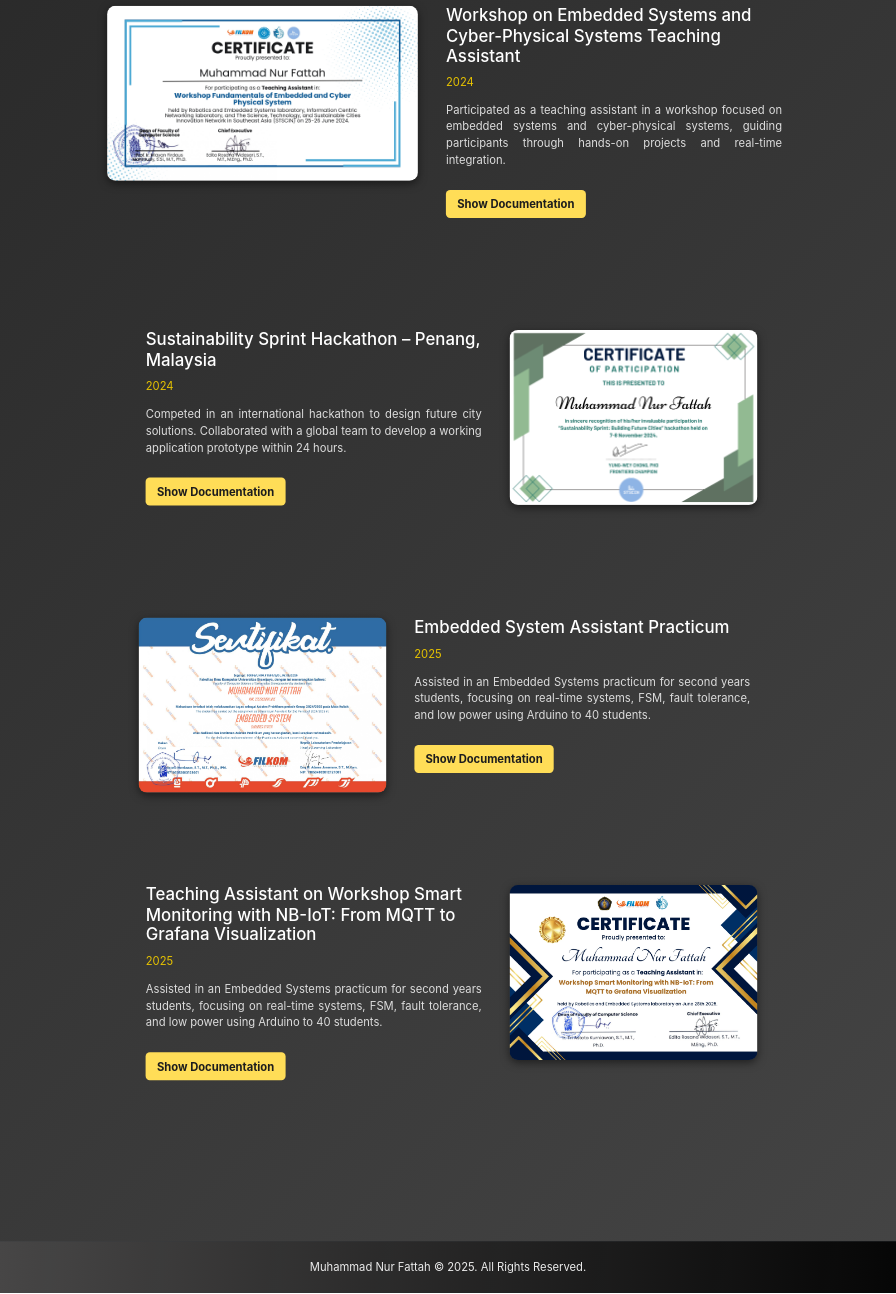
Repository: nurFattahh/Web-Portofolio
Page: /experience
An editor plug-in stored every save of this project. The page is shown before and after the next save, followed by the edit.
The browser window is 1280 px wide. The pictures show the part of the page from y = 1835 to 3755 px (the page is 3683 px tall before and 3755 px after), at 70% of full size.
The project was rebuilt for these pictures with package versions that can differ from the ones it lists, and the page was loaded fresh each time. Also part of the build but not shown: vite.config.js, src/components/Home/Home.css, src/components/Home/Home.jsx, src/components/About/About.css, src/components/About/Skillset.css, src/components/About/About.jsx, src/components/Project/Project.css, src/data/Projects.js and 3 more.

Above is the page before, as saved 2025-12-22 14:57:00.

### index.html
<!DOCTYPE html>
<html lang="en">
  <head>
    <meta charset="UTF-8" />
    <meta name="viewport" content="width=device-width, initial-scale=1.0" />
    <link rel="icon" href="/logo2.png" type="image/x-icon">
    <title>My Portfolio</title>

    <link href="https://stackpath.bootstrapcdn.com/bootstrap/4.5.2/css/bootstrap.min.css" rel="stylesheet" />
    <link rel="stylesheet" href="https://cdnjs.cloudflare.com/ajax/libs/font-awesome/6.0.0-beta3/css/all.min.css" />

  </head>
  <body>
    <div id="root"></div>
    <script type="module" src="/src/main.jsx"></script>
    <script src="https://code.jquery.com/jquery-3.5.1.slim.min.js"></script>
    <script src="https://cdn.jsdelivr.net/npm/@popperjs/core@2.9.2/dist/umd/popper.min.js"></script>
    <script src="https://stackpath.bootstrapcdn.com/bootstrap/4.5.2/js/bootstrap.min.js"></script>
    <link href="https://stackpath.bootstrapcdn.com/bootstrap/4.5.2/css/bootstrap.min.css" rel="stylesheet" />
  </body>
</html>

### src/main.jsx
import React from 'react';
import ReactDOM from 'react-dom/client';
import App from './App';
import './assets/styles/style.css';

ReactDOM.createRoot(document.getElementById('root')).render(
  <React.StrictMode>
    <App />
  </React.StrictMode>
);

### src/App.jsx
import React from "react";
import { BrowserRouter as Router, Routes, Route, useLocation } from "react-router-dom";
import { AnimatePresence } from "framer-motion";

import Navbar from "./components/Navbar/Navbar";
import Footer from "./components/Footer/Footer";

import Home from "./components/Home/Home";
import About from "./components/About/About";
import Project from "./components/Project/Project";
import Organization from "./components/Organization/Organization";
import Experience from "./components/Experience/Experience";
import ProjectDetail from "./components/Project/ProjectDetails";

import MotionWrapper from "./components/Animations/MotionWrapper";

const AnimatedRoutes = () => {
  const location = useLocation();

  return (
    <AnimatePresence mode="wait">
      <Routes location={location} key={location.pathname}>
        <Route path="/" element={<MotionWrapper><Home /></MotionWrapper>} />
        <Route path="/about" element={<MotionWrapper><About /></MotionWrapper>} />
        <Route path="/experience" element={<MotionWrapper><Experience /></MotionWrapper>} />
        <Route path="/projects" element={<MotionWrapper><Project /></MotionWrapper>} />
        <Route path="/organization" element={<MotionWrapper><Organization /></MotionWrapper>} />
        <Route path="/projects/:id" element={<MotionWrapper><ProjectDetail /></MotionWrapper>} />
      </Routes>
    </AnimatePresence>
  );
};

const App = () => (
  <Router>
    <Navbar />
    <AnimatedRoutes />
    <Footer />
  </Router>
);

export default App;

### src/assets/styles/style.css
#root {
    background: linear-gradient(135deg, #1c1c1c, #444444);
}

body {
    font-family: 'Arial', sans-serif;
    margin: 0;
    padding: 0;

}

html {
    scroll-padding-top: 2rem; /* Gantikan 80px dengan tinggi navbar Anda */
    scroll-behavior: smooth;
}

### src/components/Navbar/Navbar.jsx
import React, { useEffect, useRef } from "react";
import { Link } from "react-router-dom";
import "./Navbar.css";

const Navbar = () => {
  const navbarRef = useRef(null);

  useEffect(() => {
    const links = document.querySelectorAll(".navbar-collapse .nav-link");
    const navbar = navbarRef.current;

    links.forEach((link) => {
      link.addEventListener("click", () => {
        if (navbar && navbar.classList.contains("show")) {
          new window.bootstrap.Collapse(navbar).hide(); // collapse on mobile
        }
      });
    });

    return () => {
      links.forEach((link) => {
        link.removeEventListener("click", () => {});
      });
    };
  }, []);

  return (
    <nav className="navbar navbar-expand-lg navbar-dark bg-dark sticky-top">
      <Link className="navbar-brand" to="/">
        My Portfolio
      </Link>
      <button
        className="navbar-toggler"
        type="button"
        data-toggle="collapse"
        data-target="#navbarNav"
        aria-controls="navbarNav"
        aria-expanded="false"
        aria-label="Toggle navigation"
      >
        <span className="navbar-toggler-icon"></span>
      </button>
      <div
        className="collapse navbar-collapse"
        id="navbarNav"
        ref={navbarRef}
      >
        <ul className="navbar-nav ml-auto">
          <li className="nav-item">
            <Link className="nav-link" to="/">Home</Link>
          </li>
          <li className="nav-item">
            <Link className="nav-link" to="/about">About</Link>
          </li>
          <li className="nav-item">
            <Link className="nav-link" to="/experience">Experience</Link>
          </li>
          <li className="nav-item">
            <Link className="nav-link" to="/projects">Project</Link>
          </li>
        </ul>
      </div>
    </nav>
  );
};

export default Navbar;

### src/components/Footer/Footer.jsx
import React from 'react';
import './Footer.css';

const Footer = () => (
  <footer className="footer-section bg-dark text-white py-4">
    <div className="container text-center">
      <p> Muhammad Nur Fattah &copy; 2025. All Rights Reserved.</p>
    </div>
  </footer>
);

export default Footer;

### src/components/Experience/Experience.jsx
import React, { useState } from "react";
import certifications from "../../data/Experience";
import "./Experience.css";

const Experience = () => {
  const [activeDocId, setActiveDocId] = useState(null);
  const [modalImg, setModalImg] = useState(null);

  const toggleDocs = (id) => {
    setActiveDocId(activeDocId === id ? null : id);
  };

  const openModal = (img) => setModalImg(img);
  const closeModal = () => setModalImg(null);

  return (
    <section id="experience" className="experience-section">
      <div className="experience-container">
        <h2 className="experience-title"> <span className="certifications-text">Certifications</span> & Achievements</h2>
        {certifications.map((cert, index) => (
          <div
            key={cert.id}
            className={`experience-row ${index % 2 === 0 ? "row-left" : "row-right"}`}
          >
            <div className="experience-img">
              <img src={cert.image} alt={cert.title} />
            </div>
            <div className="experience-content">
              <h3>{cert.title}</h3>
              <p className="experience-date">{cert.date}</p>
              <p>{cert.description}</p>

              {cert.docs && cert.docs.length > 0 && (
                <>
                  <button onClick={() => toggleDocs(cert.id)} className="doc-button">
                    {activeDocId === cert.id ? "Hide Documentation" : "Show Documentation"}
                  </button>
                  <div
                    className="doc-gallery-wrapper"
                    style={{ minHeight: "80px" }} // Prevents layout shift
                  >
                    {activeDocId === cert.id && (
                      <div className="doc-gallery">
                        {cert.docs.map((img, i) => (
                          <img
                            key={i}
                            src={img}
                            alt={`doc-${i}`}
                            className="doc-img"
                            onClick={() => openModal(img)}
                          />
                        ))}
                      </div>
                    )}
                  </div>
                </>
              )}
            </div>
          </div>
        ))}
      </div>

      {modalImg && (
        <div className="image-modal" onClick={closeModal}>
          <div className="modal-content-img" onClick={(e) => e.stopPropagation()}>
            <img src={modalImg} alt="Preview" />
            <button className="close-modal" onClick={closeModal}>×</button>
          </div>
        </div>
      )}
    </section>
  );
};

export default Experience;

### src/components/Animations/MotionWrapper.jsx
// src/components/Animations/MotionWrapper.jsx
import React from "react";
import { motion } from "framer-motion";

const MotionWrapper = ({ children }) => {
  return (
    <motion.div
      initial={{ opacity: 0, y: 20 }}
      animate={{ opacity: 1, y: 0 }}
      exit={{ opacity: 0, y: -20 }}
      transition={{ duration: 0.5 }}
    >
      {children}
    </motion.div>
  );
};

export default MotionWrapper;

### src/components/Navbar/Navbar.css
.navbar {
    z-index: 1000;
}

.navbar .navbar-brand {
    margin-left: 170px;
}

.navbar-nav {
    margin-right: 170px;
}

.navbar {
    background: linear-gradient(135deg, #444444, #1c1c1c);
    opacity: 0.9;
    padding: 1rem 2rem;
    box-shadow: 0 4px 6px rgba(0, 0, 0, 0.1);
    transition: all 0.3s ease-in-out;
}

.navbar a {
    color: rgb(0, 0, 0);
    font-weight: bold;
    text-transform: uppercase;
    padding: 0.5rem 1rem;
    transition: color 0.3s ease;
}

.navbar a:hover {
    color: #ffdd57;
    text-shadow: 0px 0px 10px rgba(255, 255, 255, 0.7);
}

.navbar-nav .nav-link {
    position: relative;
    padding: 0.5rem 1rem;
    transition: color 0.3s ease-in-out;
}

.navbar-nav .nav-link:before {
    content: '';
    position: absolute;
    width: 100%;
    height: 2px;
    bottom: 0;
    left: 0;
    background-color: #ffdd57;
    visibility: hidden;
    transform: scaleX(0);
    transition: all 0.3s ease-in-out;
}

.navbar-nav .nav-link:hover:before {
    visibility: visible;
    transform: scaleX(1);
}


/* Efek Hover untuk Gambar Carousel */
@media (max-width: 1200px) {
    .navbar .navbar-brand {
        margin-left: 0;
    }

    .navbar-nav {
        margin-right: 0;
    }
}

### src/components/Footer/Footer.css
/* Footer Styles */
.footer-section {
  background: linear-gradient(90deg, rgb(73, 72, 72) 0%, rgb(0, 0, 0) 100%);
  opacity: 0.9;
    padding: 1rem 2rem;
    box-shadow: 0 4px 6px rgba(0, 0, 0, 0.1);
    transition: all 0.3s ease-in-out;        /* Teks di tengah */
  }

  .footer-section a {
    color: #ffc107;             /* Warna kuning untuk tautan */
    text-decoration: none;      /* Hilangkan garis bawah pada tautan */
  }

  .footer-section a:hover {
    text-decoration: underline; /* Menambahkan garis bawah saat hover */
  }

  .footer-section .container {
    max-width: 960px;            /* Lebar maksimum untuk konten footer */
    margin: 0 auto;              /* Centang konten */
  }

  .footer-section p {
    margin: 1px 0;              /* Margin antar paragraf */
  }

  .footer-section .text-white {
    color: #fff;                /* Memastikan teks tetap putih */
  }

### src/components/About/Skillset.jsx
import React from "react";
import "./Skillset.css";
import { FaCuttlefish, FaMicrochip, FaNetworkWired, FaPython, FaRobot, FaServer, FaDatabase, FaGithub } from "react-icons/fa";
import { SiPostgresql,SiTerraform , SiAnsible  } from "react-icons/si";
import { FaGolang } from "react-icons/fa6";

const skills = [
  { name: "C++", icon: <FaCuttlefish className="skill-icon" /> },
  { name: "Embedded System", icon: <FaMicrochip className="skill-icon" /> },
  { name: "MQTT", icon: <FaNetworkWired className="skill-icon" /> },
  { name: "Python", icon: <FaPython className="skill-icon" /> },
  { name: "AI / ML", icon: <FaRobot className="skill-icon" /> },
  { name: "Go", icon: <FaGolang className="skill-icon" /> },
  { name: "Backend", icon: <FaServer className="skill-icon" /> },
  { name: "PostgreSQL", icon: <SiPostgresql className="skill-icon" /> },
  { name: "GitHub", icon: <FaGithub className="skill-icon" /> },
  { name: "Terraform", icon: <SiTerraform className="skill-icon" /> },
  { name: "Ansible", icon: <SiAnsible className="skill-icon" /> },
];

const Skillset = () => {
  return (
    <div className="skillset-section">
      <h3 className="skillset-title">Professional Skillset</h3>
      <div className="skillset-grid">
        {skills.map((skill, index) => (
          <div className="skill-box" key={index}>
            {skill.icon}
            <span>{skill.name}</span>
          </div>
        ))}
      </div>
    </div>
  );
};

export default Skillset;

### src/data/Experience.js
import { certs, docs } from "./ImageImport.js";

const certifications = [
  {
    id: 1,
    image: certs.cert1,
    title: "Basic Programming Assistant Practicum",
    description:
      "Served as a teaching assistant for the Basic Programming Practicum, guiding a class of 40 students in C++ fundamentals, including syntax, control structures, and basic algorithms.",
    date: "2023",
    docs: ["Experiences/Docs/docs11.jpg"]
  },
  {
    id: 2,
    image: certs.cert2,
    title: "Digital System Assistant Practicum",
    description:
      "Assisted in teaching digital system fundamentals to 40 students, covering logic gates, flip-flops, multiplexers, arithmetic circuits, and circuit simulation using Multisim.",
    date: "2023",
    docs: ["Experiences/Docs/docs11.jpg"]
  },
  {
    id: 3,
    image: certs.cert3,
    title: "Data Structure and Algorithm Assistant Practicum",
    description:
      "Helped deliver practical sessions on data structures and algorithms, including stacks, queues, linked lists, and trees, to a class of 40 students.",
    date: "2024",
    docs: [docs.docs1, docs.docs2,]
  },
  {
    id: 4,
    image: certs.cert4,
    title: "Microprocessor and Microcontroller Assistant Practicum",
    description:
      "Assisted in microcontroller and microprocessor practicals, teaching I/O operations, timers, interrupts, and communication protocols to 40 students.",
    date: "2024",
    docs: [docs.docs3, docs.docs4]
  },
  {
    id: 5,
    image: certs.cert5,
    title:
      "Workshop on Embedded Systems and Cyber-Physical Systems Teaching Assistant",
    description:
      "Participated as a teaching assistant in a workshop focused on embedded systems and cyber-physical systems, guiding participants through hands-on projects and real-time integration.",
    date: "2024",
    docs: [docs.docs5]
  },
  {
    id: 6,
    image: certs.cert6,
    title: "Sustainability Sprint Hackathon – Penang, Malaysia",
    description:
      "Competed in an international hackathon to design future city solutions. Collaborated with a global team to develop a working application prototype within 24 hours.",
    date: "2024",
    docs: [docs.docs6, docs.docs7]
  },
  {
    id: 7,
    image: certs.cert7,
    title: "Embedded System Assistant Practicum",
    description:
      "Assisted in an Embedded Systems practicum for second years students, focusing on real-time systems, FSM, fault tolerance, and low power using Arduino to 40 students.",
    date: "2025",
    docs: [docs.docs8, docs.docs9]
  },
  {
    id: 8,
    image: certs.cert8,
    title: "Teaching Assistant on Workshop Smart Monitoring with NB-IoT: From MQTT to Grafana Visualization",
    description:
      "Assisted in an Embedded Systems practicum for second years students, focusing on real-time systems, FSM, fault tolerance, and low power using Arduino to 40 students.",
    date: "2025",
    docs: [docs.docs10, docs.docs11]
  }
];

export default certifications;

### src/components/Experience/Experience.css
.experience-section {
  padding: 70px 20px;
  background: linear-gradient(135deg, #1c1c1c, #444444);
  color: #fff;
}

.experience-container {
  max-width: 1200px;
  margin: 0 auto;
  padding: 0 15px; /* Biar aman dari overflow kiri-kanan */
  box-sizing: border-box;
  animation: fadeIn 1.5s ease-in-out;
}

.certifications-text {
  color: white;
}

.experience-title {
  text-align: center;
  font-size: 36px;
  margin-bottom: 60px;
  color: #ffdd57;
  text-shadow: 0 3px 10px rgba(0, 0, 0, 0.4);
  font-family:'Franklin Gothic Medium', 'Arial Narrow', Arial, sans-serif;
}

/* Grid-like layout */
.experience-row {
  display: flex;
  flex-wrap: wrap;
  align-items: flex-start;
  justify-content: center;
  margin-bottom: 60px;
  gap: 30px;
}

.experience-img img {
  width: auto;
  border-radius: 12px;
  box-shadow: 0 4px 12px rgba(0, 0, 0, 0.5);
  height: 250px;
  object-fit: cover;
}

.experience-content {
  flex: 1;
  min-width: 280px;
  max-width: 500px;
  padding: 0 10px;
}

.experience-content h3 {
  font-size: 24px;
  margin-bottom: 10px;
}

.experience-content p {
  font-size: 16px;
  color: #ddd;
  text-align: justify;
}

/* Alternate layout */
.row-left .experience-img {
  order: 1;
}
.row-left .experience-content {
  order: 2;
}
.row-right .experience-img {
  order: 2;
}
.row-right .experience-content {
  order: 1;
}

/* Button */
.doc-button {
  margin-top: 15px;
  padding: 8px 16px;
  background-color: #ffdd57;
  color: #1d1d1d;
  border: none;
  border-radius: 6px;
  font-weight: bold;
  cursor: pointer;
  transition: background 0.3s;
}
.doc-button:hover {
  background-color: #e6c200;
}

/* Documentation Gallery */
.doc-gallery-wrapper {
  margin-top: 20px;
  padding: 10px 0;
}

.doc-gallery {
  margin-top: 15px;
  display: flex;
  flex-wrap: wrap;
  justify-content: flex-start;
  gap: 10px;
}

.doc-img {
  width: 120px;
  height: auto;
  border-radius: 8px;
  box-shadow: 0 2px 6px rgba(0, 0, 0, 0.3);
  cursor: pointer;
  transition: transform 0.3s ease;
}
.doc-img:hover {
  transform: scale(1.05);
}

p.experience-date {
  color: #e6c200;
}

/* Modal Image Preview */
.image-modal {
  position: fixed;
  top: 0;
  left: 0;
  width: 100vw;
  height: 100vh;
  background: rgba(0, 0, 0, 0.8);
  display: flex;
  justify-content: center;
  align-items: center;
  z-index: 9999;
  padding: 20px;
  box-sizing: border-box;
}

.modal-content-img {
  position: relative;
  max-width: 100%;
  max-height: 90vh;
}

.modal-content-img img {
  width: 800px;
  height: auto;
  border-radius: 8px;
  box-shadow: 0 4px 10px rgba(0, 0, 0, 0.6);
}

.close-modal {
  position: absolute;
  top: -10px;
  right: -10px;
  font-size: 28px;
  background: #fff;
  border: none;
  border-radius: 50%;
  cursor: pointer;
  padding: 4px 10px;
  box-shadow: 0 2px 6px rgba(0, 0, 0, 0.5);
}

/* Responsive */
@media (max-width: 768px) {
  .experience-row {
    flex-direction: column;
    text-align: center;
  }

  .experience-img {
    order: 1 !important;
  }

  .experience-img img {
    width: 100%;
    height: auto;

    margin: 0 auto;
    display: block;
  }

  .experience-content {
    padding: 0 10px;
  }

  p.experience-date {
    font-size: 14px;
    margin-bottom: 10px;
    text-align: center;
    color: #e6c200;
  }

  .experience-content {
    order: 2 !important;
    max-width: 100%;
  }

  .doc-gallery {
    justify-content: center;
  }

  .doc-img {
    width: 100px;
  }

  .modal-content-img img {
    width: 90vw;
  }
}

### src/components/Project/ProjectDetails.css
.project-detail-section {
    padding: 80px 20px;
    background: linear-gradient(135deg, #1a1a1a, #2b2b2b);
    color: #f1f1f1;
    font-family: 'Segoe UI', sans-serif;
  }

  .project-detail-container {
    max-width: 1000px;
    margin: 0 auto;
    padding: 30px;
    background-color: #2f2f2f;
    border-radius: 12px;
    box-shadow: 0 4px 12px rgba(0,0,0,0.5);
  }

  .project-detail-title {
    font-size: 36px;
    color: #ffdd57;
    margin-bottom: 10px;
    text-align: center;
  }

  .project-detail-date {
    font-size: 16px;
    color: #aaa;
    text-align: center;
    margin-bottom: 30px;
  }

  .project-detail-description {
    font-size: 18px;
    color: #ddd;
    line-height: 1.8;
    margin-bottom: 20px;
    text-align: justify;
  }

  h4 {
    color: #ffdd57;
    margin-top: 30px;
    margin-bottom: 15px;
  }

  ul {
    margin-left: 20px;
    color: #ccc;
  }

  .tech-stack {
    display: flex;
    flex-wrap: wrap;
    gap: 10px;
  }

  .tech-badge {
    background-color: #444;
    color: #ffffff;
    border-radius: 20px;
    padding: 6px 14px;
    font-size: 14px;
    font-weight: bold;
  }

  .image-title {
    font-size: 24px;
    color: #ffdd57;
    text-align: center;
    margin-top: 20px;
    margin-bottom: 15px;
  }

  .image-gallery {
    display: flex;
    flex-wrap: wrap;
    gap: 10px;
    margin-top: 15px;
    justify-content: center;
  }

  .detail-img {
    width: 100%;
    max-width: 300px;
    border-radius: 10px;
    object-fit: cover;
    box-shadow: 0 4px 8px rgba(0,0,0,0.4);
    transition: transform 0.3s ease;
    cursor: pointer;
  }

  .detail-img:hover {
    transform: scale(1.05);
  }

  .project-details-buttons {
    margin-top: 30px;
    padding-top: 30px;
    display: flex;
    gap: 15px;
    justify-content: center;
  }

  .project-details-buttons a {

    padding: 10px 20px;
    border-radius: 25px;
    font-weight: bold;
    text-decoration: none;
    transition: 0.3s ease;
  }


  .back-button {
    display: block;
    margin: 40px auto 0;
    text-align: center;
    color: #aaa;
    font-size: 15px;
    text-decoration: underline;
    cursor: pointer;
  }

  /* Modal container */
.image-modal {
  position: fixed;
  top: 0;
  left: 0;
  width: 100vw;
  height: 100vh;
  background: rgba(0, 0, 0, 0.8);
  display: flex;
  justify-content: center;
  align-items: center;
  z-index: 9999;
  padding: 20px;
  box-sizing: border-box;
}

/* Modal content wrapper */
.modal-content-img {
  position: relative;
  max-width: 90vw;
  max-height: 90vh;
}

/* ✅ INI bagian yang mengatur gambar saat modal dibuka */
.modal-content-img img {
  width: auto;
  max-width: 90vw;
  height: auto;
  max-height: 80vh; /* ⬅️ Batasi tinggi agar tidak terlalu panjang */
  object-fit: contain;
  border-radius: 10px;
  box-shadow: 0 4px 10px rgba(0, 0, 0, 0.6);
}


  @media (max-width: 768px) {
    .project-detail-description {
      font-size: 16px;
    }
    .detail-img {
      width: 100%;
      max-width: 350px;
      height: auto;
      border-radius: 10px;
      object-fit: contain;
      box-shadow: 0 4px 8px rgba(0,0,0,0.4);
      transition: transform 0.3s ease;
      cursor: pointer;
      display: block;
      margin: 0 auto; /* Center image horizontally */
    }

    .image-gallery {
      flex-direction: column;
      align-items: center;
    }

  }

Loaded but not shown: src/data/ImageImport.js (96 lines, source omitted)

After the next save:
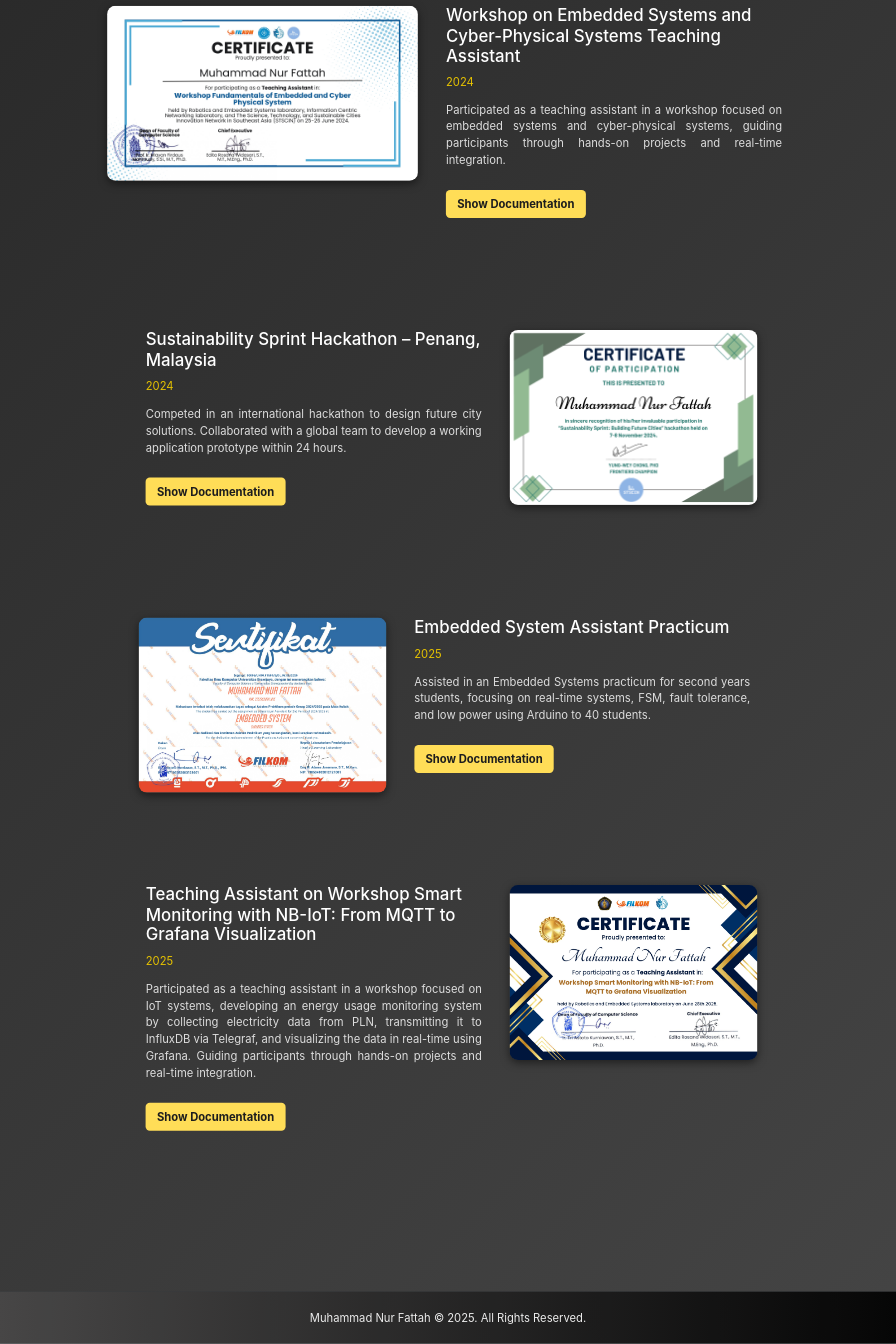
Saved 2 min 48 s later.
--- a/src/data/Experience.js
+++ b/src/data/Experience.js
@@ -70,7 +70,7 @@
     image: certs.cert8,
     title: "Teaching Assistant on Workshop Smart Monitoring with NB-IoT: From MQTT to Grafana Visualization",
     description:
-      "Assisted in an Embedded Systems practicum for second years students, focusing on real-time systems, FSM, fault tolerance, and low power using Arduino to 40 students.",
+      "Participated as a teaching assistant in a workshop focused on IoT systems, developing an energy usage monitoring system by collecting electricity data from PLN, transmitting it to InfluxDB via Telegraf, and visualizing the data in real-time using Grafana. Guiding participants through hands-on projects and real-time integration.",
     date: "2025",
     docs: [docs.docs10, docs.docs11]
   }
